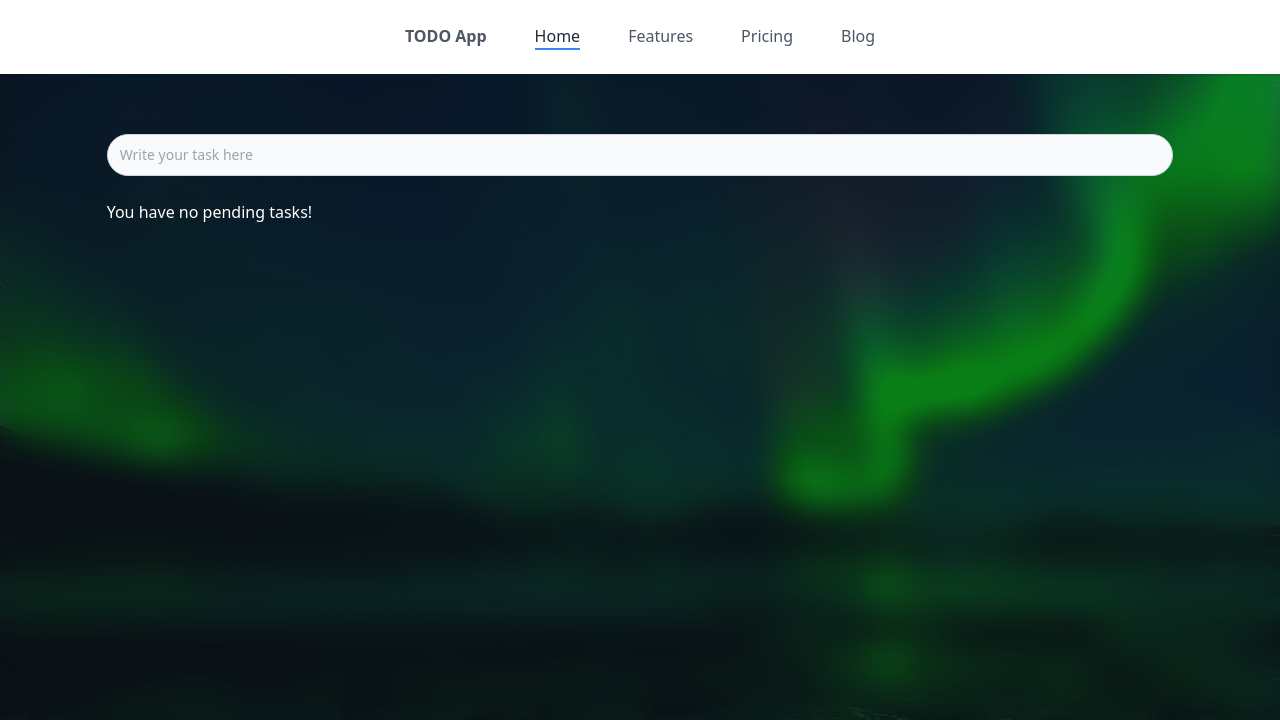
Repository: mikelCabezas/angular-exercices
Page: / (app in TODO/)
An editor plug-in stored every save of this project. The page is shown before and after the next save, followed by the edit.
The browser window is 1280 px wide. The pictures show the whole page.
The project was rebuilt for these pictures with package versions that can differ from the ones it lists, and the page was loaded fresh each time. Also part of the build but not shown: TODO/angular.json.

Above is the page before, as saved 2023-09-14 23:29:32.

### TODO/src/index.html
<!doctype html>
<html lang="en">
    <head>
        <meta charset="utf-8">
        <title>TODO</title>
        <base href="/">
        <meta name="viewport" content="width=device-width, initial-scale=1">
        <link rel="icon" type="image/x-icon" href="favicon.ico">
        <link rel="stylesheet" href="https://fonts.googleapis.com/css2?family=Material+Symbols+Rounded:opsz,wght,FILL,GRAD@20..48,100..700,0..1,-50..200">
    </head>
    <body>
        <app-root></app-root>
    </body>
</html>

### TODO/src/styles.css
@tailwind base;
@tailwind components;
@tailwind utilities;

body {
    background-image: url('./assets/boreal-sky.jpeg');
}

### TODO/src/app/app.module.ts
import { NgModule } from '@angular/core';
import { BrowserModule } from '@angular/platform-browser';
import { FormsModule } from '@angular/forms';

import { AppComponent } from './app.component';
import { NavbarComponent } from './components/navbar/navbar.component';
import { TasksComponent } from './components/tasks/tasks.component';

@NgModule({
  declarations: [
    AppComponent,
    NavbarComponent,
    TasksComponent
  ],
  imports: [
    BrowserModule,
    FormsModule
  ],
  providers: [],
  bootstrap: [AppComponent]
})
export class AppModule { }

### TODO/src/app/app.component.ts
import { Component } from '@angular/core';

@Component({
  selector: 'app-root',
  templateUrl: './app.component.html',
  styleUrls: ['./app.component.css']
})
export class AppComponent {
  title = 'TODO';
}

### TODO/src/app/components/tasks/tasks.component.ts
import { Component, OnInit } from '@angular/core';
import { Task } from 'src/app/models/Task';

@Component({
  selector: 'app-tasks',
  templateUrl: './tasks.component.html',
  styleUrls: ['./tasks.component.css']
})
export class TasksComponent implements OnInit {

  tasksList: Task[] = []
  taskName = ''

  constructor() { }

  ngOnInit(): void {

  }

  addTask() {
    const task: Task = {
      name: this.taskName,
      status: false
    }

    this.tasksList.push(task)
    this.taskName = ''
  }

  deleteTask(index: number): void {
    this.tasksList.splice(index, 1)
  }

  updateTask(task: Task, index: number) {
    this.tasksList[index].status = !task.status
  }
}

### TODO/src/app/app.component.html
<div class="root min-w-screen min-h-screen bg-gray-900Z bg-[#11192890] backdrop-saturate-200 backdrop-blur-lg">
    <app-navbar/>
    <app-tasks/>
</div>

### TODO/src/app/components/navbar/navbar.component.html
<nav class="bg-white shadow dark:bg-gray-800">
    <div class="container flex items-center justify-center p-6 mx-auto text-gray-600 capitalize dark:text-gray-300">
        <a href="#" class="border-b-2 border-transparent hover:text-gray-800 dark:hover:text-gray-200 hover:border-blue-500 mx-1.5 sm:mx-6 font-bold">
            TODO App
        </a>
        <a href="#" class="text-gray-800 dark:text-gray-200 border-b-2 border-blue-500 mx-1.5 sm:mx-6">home</a>
        <a href="#" class="border-b-2 border-transparent hover:text-gray-800 dark:hover:text-gray-200 hover:border-blue-500 mx-1.5 sm:mx-6">features</a>
        <a href="#" class="border-b-2 border-transparent hover:text-gray-800 dark:hover:text-gray-200 hover:border-blue-500 mx-1.5 sm:mx-6">pricing</a>
        <a href="#" class="border-b-2 border-transparent hover:text-gray-800 dark:hover:text-gray-200 hover:border-blue-500 mx-1.5 sm:mx-6">blog</a>
    </div>
</nav>

### TODO/src/app/components/tasks/tasks.component.html
<div class="container flex justify-center w-full mx-auto">
    <div class="row w-full">
        <div class="form w-10/12 mx-auto mt-6">
            <label for="first_name" class="block mb-2 text-lg pl-3 font-medium text-gray-900 dark:text-white">Add task</label>
            <input
                [(ngModel)]="taskName"
                (keyup.enter)="addTask()"
                type="text"
                id="first_name"
                class="bg-gray-50 border border-gray-300 text-gray-900 text-sm rounded-full focus:ring-blue-500 focus:border-blue-500 block w-full px-3 py-2.5 dark:bg-gray-700 dark:border-gray-600 dark:placeholder-gray-400 dark:text-white dark:focus:ring-blue-500 dark:focus:border-blue-500"
                placeholder="Write your task here"
                required
            >
        </div>
        <div *ngIf="tasksList.length === 0" class="form w-10/12 mx-auto mt-6">
            <h3 class="text-white">You have no pending tasks!</h3>
        </div>

<div *ngIf="tasksList.length > 0" class="tasks-list w-10/12 mx-auto mt-6">
    <div class="w-full text-sm font-medium text-gray-900 bg-white border border-gray-200 rounded-lg dark:bg-gray-700 dark:border-gray-600 dark:text-white">
        <p *ngFor="let task of tasksList; let i = index" class="flex align-middle items-center w-full px-4 py-2 text-white bg-blue-700 border-b border-gray-200 rounded-t-lg text-lg dark:bg-gray-800 dark:border-gray-600">
            <span [class.text-teal-600]="task.status" class="material-symbols-rounded mr-3 cursor-pointer" (click)="updateTask(task, i)"> {{task.status ? 'check_box' : 'check_box_outline_blank'}} </span>
            <span>{{ task.name }} </span>
            <span class="material-symbols-rounded ml-auto cursor-pointer" (click)="deleteTask(i)">delete</span>
        </p>
    </div>
</div>

    </div>
</div>

Loaded but not shown: TODO/src/main.ts (common file); TODO/src/app/components/navbar/navbar.component.ts (common file); TODO/tailwind.config.js (common file); TODO/src/app/app.component.css (no stored copy; drawn as an empty file); TODO/src/app/components/navbar/navbar.component.css (no stored copy; drawn as an empty file); TODO/src/app/components/tasks/tasks.component.css (no stored copy; drawn as an empty file)

After the next save:
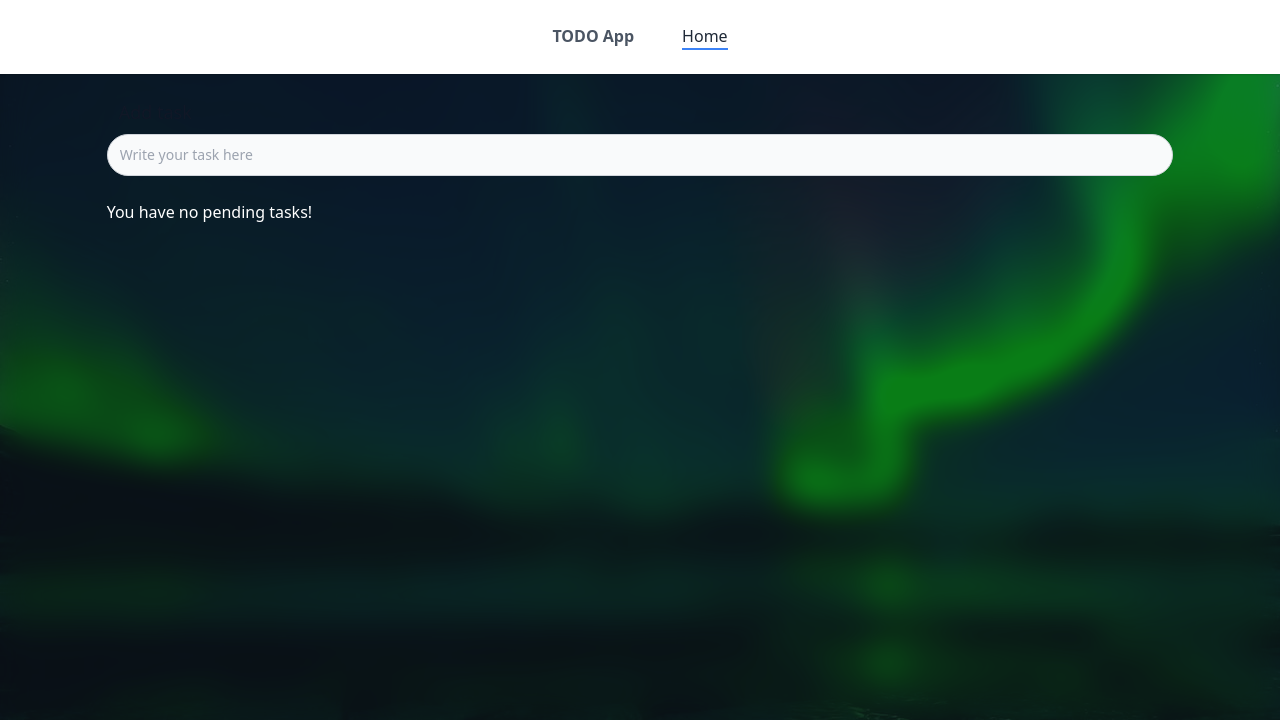
Saved 24 s later.
--- a/TODO/src/app/components/navbar/navbar.component.html
+++ b/TODO/src/app/components/navbar/navbar.component.html
@@ -4,8 +4,8 @@
             TODO App
         </a>
         <a href="#" class="text-gray-800 dark:text-gray-200 border-b-2 border-blue-500 mx-1.5 sm:mx-6">home</a>
-        <a href="#" class="border-b-2 border-transparent hover:text-gray-800 dark:hover:text-gray-200 hover:border-blue-500 mx-1.5 sm:mx-6">features</a>
+        <!-- <a href="#" class="border-b-2 border-transparent hover:text-gray-800 dark:hover:text-gray-200 hover:border-blue-500 mx-1.5 sm:mx-6">features</a>
         <a href="#" class="border-b-2 border-transparent hover:text-gray-800 dark:hover:text-gray-200 hover:border-blue-500 mx-1.5 sm:mx-6">pricing</a>
-        <a href="#" class="border-b-2 border-transparent hover:text-gray-800 dark:hover:text-gray-200 hover:border-blue-500 mx-1.5 sm:mx-6">blog</a>
+        <a href="#" class="border-b-2 border-transparent hover:text-gray-800 dark:hover:text-gray-200 hover:border-blue-500 mx-1.5 sm:mx-6">blog</a> -->
     </div>
 </nav>
